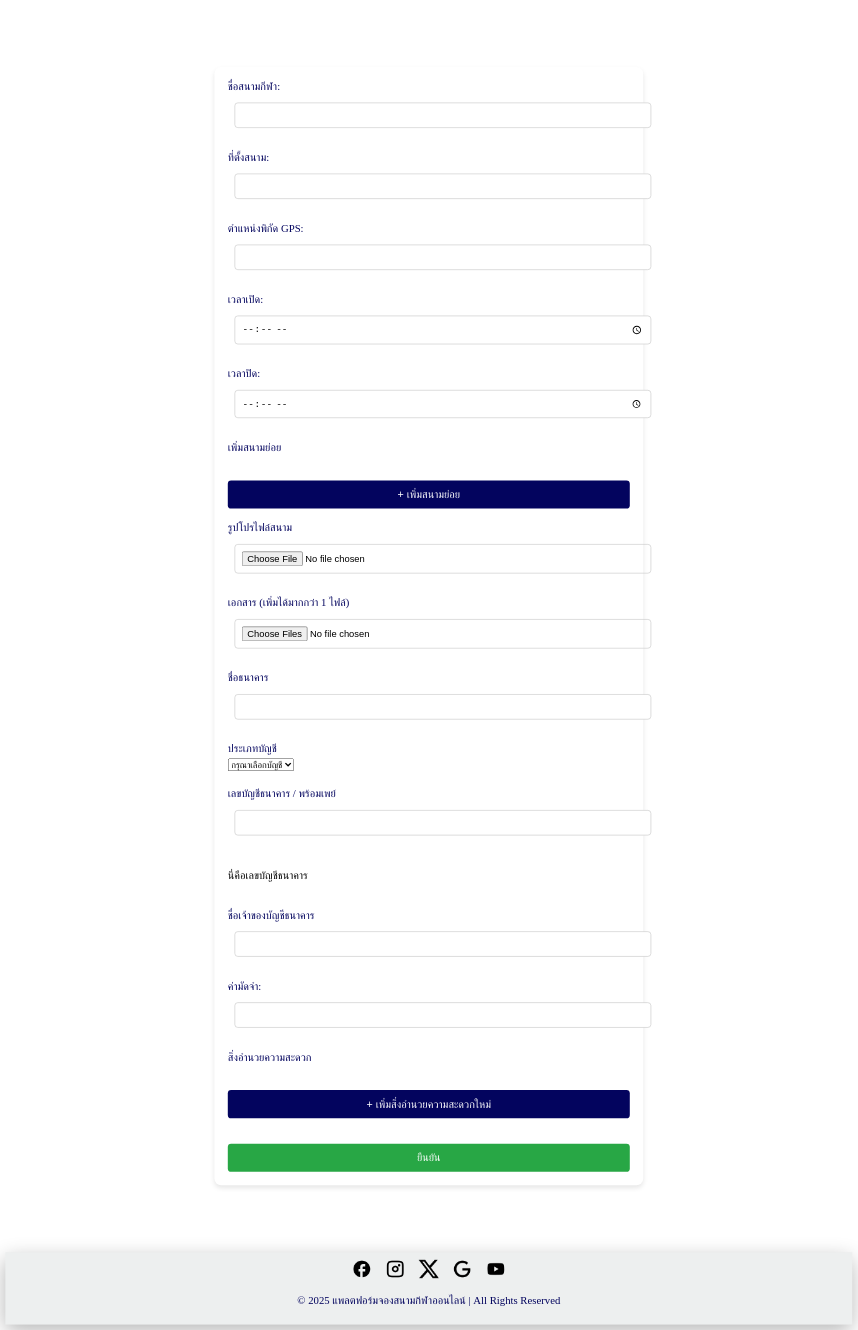
Repository: narawit101/project2
Page: /register-field (app in frontend/)
The author's editor kept a copy of each file at every save. The page is drawn from the files as they stood at one save, then again after the next save.
The browser window is 1280 px wide. The pictures show the whole page, at 67% of full size.
The page's requests for data from a server got no answer. The project was rebuilt for these pictures with package versions that can differ from the ones it lists, and the page was loaded fresh each time. The framework's server and built-in components were replaced by stand-ins that run in the browser. No one was signed in, and anything a server would have sent is missing. Also part of the build but not shown: frontend/next.config.js, frontend/next.config.mjs, frontend/src/app/globals.css.

Above is the page before, as saved 2025-03-19 11:49:18.

### frontend/src/app/layout.jsx
import { Kanit } from "next/font/google";
import "./globals.css";
import  Footer from "./components/Footer"

const kanitFont = Kanit({
  variable: "--font-kanit",
  subsets: ["latin", "thai"],
  weight: ["300", "400", "600"],
});

export const metadata = {
  title: "แพลตฟอร์มจองสนามกีฬาออนไลน์",
  description: "Generated by create next app",
  icons: {
    icon:"./favicon.ico"
  }
};

export default function RootLayout({ children }) {
  return (
    <html lang="en">
      <body className={`${kanitFont.variable} antialiased`}>{children}
      <Footer></Footer>
      </body>

    </html>
  );
}

### frontend/src/app/(shared)/register-field/page.jsx
import React from "react";
import RegisterFieldForm from "@/app/components/RegisterFieldForm";

export default function RegisterFieldPage() {
  return (
    <>
    <RegisterFieldForm></RegisterFieldForm>

    </>
  );
}

### frontend/src/app/components/Footer.jsx
import React from "react";
import "../css/footer.css";

export default function Footer() {
  return (
    <div>
      <footer className="footer">
        <div className="social-icons">
          <a href="#">
            <img src="img/fblogo.png" alt="Facebook" />
          </a>
          <a href="#">
            <img src="img/iglogo.png" alt="Instagram" />
          </a>
          <a href="#">
            <img src="img/xlogo.png" alt="Twitter" />
          </a>
          <a href="#">
            <img src="img/gglogo.png" alt="Google" />
          </a>
          <a href="#">
            <img src="img/ytlogo.png" alt="YouTube" />
          </a>
        </div>

        <p className="copyright">
          &copy; 2025 แพลตฟอร์มจองสนามกีฬาออนไลน์ | All Rights Reserved
        </p>
      </footer>
    </div>
  );
}

### frontend/src/app/components/RegisterFieldForm.jsx
"use client";
import React, { useState, useEffect } from "react";
import "../css/registerFieldForm.css";

export default function RegisterFieldForm() {
  const API_URL = process.env.NEXT_PUBLIC_API_URL;

  const [sports, setSports] = useState([]);
  const [facilities, setFacilities] = useState([]);
  const [selectedFacilities, setSelectedFacilities] = useState({});
  const [subFields, setSubFields] = useState([]);
  const [addOns, setAddons] = useState([]);
  const [newFacility, setNewFacility] = useState("");
  const [showNewFacilityInput, setShowNewFacilityInput] = useState(false);
  const [message, setMessage] = useState("");

  const [fieldData, setFieldData] = useState({
    field_name: "",
    address: "",
    gps_location: "",
    documents: null,
    open_hours: "",
    close_hours: "",
    img_field: null,
    preview_img: null,
    number_bank: "",
    account_holder: "",
    price_deposit: "",
    name_bank: "",
    selectedSport: "",
  });

  //  โหลดประเภทกีฬา
  useEffect(() => {
    fetch(`${API_URL}/sports_types`)
      .then((res) => res.json())
      .then((data) => setSports(data))
      .catch((error) => console.error("Error fetching sports:", error));
  }, []);

  //  โหลดสิ่งอำนวยความสะดวก
  useEffect(() => {
    fetch(`${API_URL}/facilities`)
      .then((res) => res.json())
      .then((data) => setFacilities(data))
      .catch((error) => console.error("Error fetching facilities:", error));
  }, []);

  //  อัปเดตค่าช่องกรอกข้อมูลสนาม
  const handleFieldChange = (e) => {
    setFieldData({ ...fieldData, [e.target.name]: e.target.value });
  };

  //  ฟังก์ชันเลือก Checkbox สิ่งอำนวยความสะดวก
  const handleFacilityChange = (facId) => {
    setSelectedFacilities((prev) => {
      const updatedFacilities = { ...prev };
      if (updatedFacilities[facId] !== undefined) {
        delete updatedFacilities[facId];
      } else {
        updatedFacilities[facId] = "";
      }
      return updatedFacilities;
    });
  };

  //  ฟังก์ชันอัปเดตราคาสิ่งอำนวยความสะดวก
  const handleFacilityPriceChange = (facId, price) => {
    setSelectedFacilities((prev) => ({
      ...prev,
      [facId]: price,
    }));
  };

  //  ฟังก์ชันเพิ่มสิ่งอำนวยความสะดวกใหม่
  const addNewFacility = async () => {
    if (!newFacility.trim()) return;

    const res = await fetch(`${API_URL}/facilities/add`, {
      method: "POST",
      headers: { "Content-Type": "application/json" },
      body: JSON.stringify({ fac_name: newFacility }),
    });

    const data = await res.json();
    if (data.error) {
      console.error("Error:", data.error);
      return;
    }

    setFacilities([...facilities, data]);
    setNewFacility("");
    setShowNewFacilityInput(false);
  };

  //  เพิ่มสนามย่อย (มี addOns ในตัวเอง)
  const addSubField = () => {
    //  ดึง user_id จาก localStorage
    const storedUser = localStorage.getItem("user");
    const userData = storedUser ? JSON.parse(storedUser) : null;
    const userId = userData ? userData.user_id : null; // ดึง user_id

    setSubFields([
      ...subFields,
      { name: "", price: "", sport_id: "", user_id: userId, addOns: [] },
    ]);
  };

  //  ลบสนามย่อย (รวมถึง Add-ons ที่อยู่ภายใน)
  const removeSubField = (index) => {
    setSubFields(subFields.filter((_, i) => i !== index));
  };

  //  อัปเดตข้อมูลสนามย่อย
  const updateSubField = (index, key, value) => {
    const updatedSubFields = [...subFields];
    updatedSubFields[index][key] = value;
    setSubFields(updatedSubFields);
  };

  const addAddOn = (subIndex) => {
    const updatedSubFields = [...subFields];
    updatedSubFields[subIndex].addOns.push({ content: "", price: "" });
    setSubFields(updatedSubFields);
  };

  //  อัปเดตค่า Add-on
  const updateAddOn = (subIndex, addOnIndex, key, value) => {
    const updatedSubFields = [...subFields];
    updatedSubFields[subIndex].addOns[addOnIndex][key] = value;
    setSubFields(updatedSubFields);
  };

  // ลบ Add-on
  const removeAddOn = (subIndex, addOnIndex) => {
    const updatedSubFields = [...subFields];
    updatedSubFields[subIndex].addOns.splice(addOnIndex, 1);
    setSubFields(updatedSubFields);
  };

  // ฟังก์ชันจัดการอัปโหลดรูป และแสดงตัวอย่าง
  const handleimgChange = (e) => {
    const file = e.target.files[0]; // ดึงไฟล์รูปจาก input
    if (file) {
      setFieldData({
        ...fieldData,
        img_field: file,
        imgPreview: URL.createObjectURL(file), // สร้าง URL เพื่อแสดงรูป
      });
    }
  };

  const handleSubmit = async (e) => {
    e.preventDefault();

    const storedUser = localStorage.getItem("user");
    if (!storedUser) {
      alert(" กรุณาเข้าสู่ระบบก่อน!");
      return;
    }

    const userData = JSON.parse(storedUser);
    const userId = userData.user_id; //  ดึง user_id ตอน Submit

    const formData = new FormData();
    formData.append("documents", fieldData.documents);
    formData.append("img_field", fieldData.img_field); //  เพิ่มการส่งรูปภาพ
    formData.append(
      "data",
      JSON.stringify({
        user_id: userId,
        field_name: fieldData.field_name,
        address: fieldData.address,
        gps_location: fieldData.gps_location,
        open_hours: fieldData.open_hours,
        close_hours: fieldData.close_hours,
        number_bank: fieldData.number_bank,
        account_holder: fieldData.account_holder,
        price_deposit: fieldData.price_deposit,
        name_bank: fieldData.name_bank,
        status: fieldData.status || "รอตรวจสอบ", //  เพิ่มค่า Status
        selectedFacilities,
        subFields: subFields,
      })
    );

    try {
      const res = await fetch(`${API_URL}/field/register`, {
        method: "POST",
        body: formData,
      });

      const data = await res.json();
      if (data.error) {
        console.error(" Error:", data.error);
        alert("เกิดข้อผิดพลาด: " + data.error);
        return;
      }

      alert("ลงทะเบียนสนามเรียบร้อย!");
    } catch (error) {
      console.error(" Fetch Error:", error);
      alert("เกิดข้อผิดพลาดในการส่งข้อมูล");
    }
  };

  return (
    <div className="contianer">
      <form onSubmit={handleSubmit} encType="multipart/form-data">
        <div className="input-group">
          {" "}
          <label>ชื่อสนามกีฬา:</label>
          <input
            type="text"
            name="field_name"
            value={fieldData.field_name}
            onChange={handleFieldChange}
          />
        </div>
        <div className="input-group">
          <label>ที่ตั้งสนาม:</label>
          <input
            type="text"
            name="address"
            value={fieldData.address}
            onChange={handleFieldChange}
          />
        </div>
        <div className="input-group">
          <label>ตำแหน่งพิกัด GPS:</label>
          <input
            type="text"
            name="gps_location"
            value={fieldData.gps_location}
            onChange={handleFieldChange}
          />
        </div>
        <div className="input-group">
          <label>เวลาเปิด:</label>
          <input
            type="time"
            name="open_hours"
            value={fieldData.open_hours}
            onChange={handleFieldChange}
          />
        </div>
        <div className="input-group">
          <label>เวลาปิด:</label>
          <input
            type="time"
            name="close_hours"
            value={fieldData.close_hours}
            onChange={handleFieldChange}
          />
        </div>
        <div className="input-group">
          <label>เพิ่มสนามย่อย</label>
        </div>
        {subFields.map((sub, subIndex) => (
          <div key={subIndex}>
            {/* ✅ Input กรอกชื่อสนามย่อย */}
            <div className="input-group">
              <input
                type="text"
                placeholder="ชื่อสนามย่อย (เช่น สนาม 1,2)"
                value={sub.name}
                onChange={(e) =>
                  updateSubField(subIndex, "name", e.target.value)
                }
              />
            </div>
            {/* ✅ Input กรอกราคา */}
            <div className="input-group">
              <input
                type="number"
                placeholder="ราคา/ชั่วโมง"
                value={sub.price}
                onChange={(e) => {
                  const value = Math.abs(e.target.value);
                  updateSubField(subIndex, "price", value);
                }}
              />
            </div>

            {/* ✅ Dropdown เลือกประเภทกีฬา */}
            <div className="input-group">
              <select
                value={sub.sport_id}
                onChange={(e) =>
                  updateSubField(subIndex, "sport_id", e.target.value)
                }
              >
                <option value="">เลือกประเภทกีฬา</option>
                {sports.map((sport) => (
                  <option key={sport.sport_id} value={sport.sport_id}>
                    {sport.sport_name}
                  </option>
                ))}
              </select>
            </div>

            {/* ✅ ปุ่มเพิ่มกิจกรรมเพิ่มเติม (เฉพาะสนามนี้) */}
            <button
              className="addbtn"
              type="button"
              onClick={() => addAddOn(subIndex)}
            >
              เพิ่มกิจกรรมเพิ่มเติม
            </button>

            {/* ✅ ปุ่มลบสนามย่อย */}
            <button
              className="delbtn"
              type="button"
              onClick={() => removeSubField(subIndex)}
            >
              ลบสนามย่อย
            </button>

            {/* ✅ แสดงรายการกิจกรรมเพิ่มเติมที่อยู่ในสนามนี้ */}
            {sub.addOns.map((addon, addOnIndex) => (
              <div
                key={addOnIndex}
                style={{ marginLeft: "20px", marginTop: "5px" }}
              >
                {/* ✅ Input กรอกชื่อกิจกรรม */}
                <div className="input-group">
                  <input
                    type="text"
                    placeholder="ชื่อกิจกรรม เช่น (เช่าสนามเพื่อทำคอนเท้น)"
                    value={addon.content}
                    onChange={(e) =>
                      updateAddOn(
                        subIndex,
                        addOnIndex,
                        "content",
                        e.target.value
                      )
                    }
                  />
                </div>
                {/* ✅ Input กรอกราคา */}
                <div className="input-group">
                  <input
                    type="number"
                    placeholder="ราคา/ชั่วโมง"
                    value={addon.price}
                    onChange={(e) => {
                      const value = Math.abs(e.target.value); // แปลงค่าให้เป็นค่าบวก
                      updateAddOn(subIndex, addOnIndex, "price", value);
                    }}
                  />
                </div>

                {/* ✅ ปุ่มลบกิจกรรมเพิ่มเติม */}
                <button
                  className="delevn"
                  type="button"
                  onClick={() => removeAddOn(subIndex, addOnIndex)}
                >
                  ลบกิจกรรมเพิ่มเติม
                </button>
              </div>
            ))}
          </div>
        ))}

        {/* ✅ ปุ่มเพิ่มสนามย่อย */}

        <button className="addsubfield" type="button" onClick={addSubField}>
          + เพิ่มสนามย่อย
        </button>
        <div className="input-group">
          <label htmlFor="img_field">รูปโปรไฟล์สนาม</label>

          <input type="file" onChange={handleimgChange} accept="image/*" />
        </div>
        {/* ✅ แสดงรูปตัวอย่างถ้ามีการอัปโหลด */}
        {fieldData.imgPreview && (
          <div className="preview-container">
            <p>ตัวอย่างรูป:</p>
            <img src={fieldData.imgPreview} alt="Preview" />
          </div>
        )}

        <div className="input-group">
          <label htmlFor="documents">เอกสาร (เพิ่มได้มากกว่า 1 ไฟล์) </label>
          <input
            type="file"
            onChange={(e) => {
              // แปลงไฟล์ที่เลือกเป็นอาร์เรย์เพื่อให้รองรับหลายไฟล์
              setFieldData({ ...fieldData, documents: e.target.files });
            }}
            multiple // เพิ่ม attribute นี้เพื่อให้เลือกหลายไฟล์
          />
        </div>
        {/* {fieldData.documents && fieldData.documents.length > 0 && (
          <div>
            <p>ไฟล์ที่เลือก:</p>
            <ul>
              {Array.from(fieldData.documents).map((file, index) => (
                <li key={index}>{file.name}</li>
              ))}
            </ul>
          </div>
        )} */}

        <div className="input-group">
          <label htmlFor="bank">ชื่อธนาคาร</label>
          <input
            type="text"
            name="name_bank"
            value={fieldData.name_bank}
            onChange={handleFieldChange}
          />
        </div>
        <div className="input-group">
          <label htmlFor="bank">ประเภทบัญชี</label>
          <select
            name="name_bank"
            value={fieldData.name_bank}
            onChange={handleFieldChange}
          >
            <option value="">กรุณาเลือกบัญชี</option>
            <option value="ธนาคาร">ธนาคาร</option>
            <option value="พร้อมเพย์">พร้อมเพย์</option>
          </select>
        </div>

        <div className="input-group">
          <label htmlFor="bank">เลขบัญชีธนาคาร / พร้อมเพย์</label>
          <input
            type="number"
            name="number_bank"
            value={fieldData.number_bank}
            onChange={(e) => {
              const value = e.target.value;
              const isPromptPay = fieldData.name_bank === "พร้อมเพย์";

              // ✅ อนุญาตเฉพาะตัวเลข
              if (/^\d*$/.test(value)) {
                // ✅ ตรวจสอบจำนวนหลัก
                if (
                  (isPromptPay && value.length <= 13) || // พร้อมเพย์ 10 หรือ 13 หลัก
                  (!isPromptPay && value.length <= 12) // ธนาคาร 12 หลัก
                ) {
                  setFieldData({ ...fieldData, number_bank: value });
                }
              }
            }}
            onBlur={() => {
              const isPromptPay = fieldData.name_bank === "พร้อมเพย์";
              const length = fieldData.number_bank.length;

              // ✅ ตรวจสอบความถูกต้องของเลขที่กรอก
              if (
                (!isPromptPay && length !== 12) || // ถ้าเป็นบัญชีธนาคารต้อง 12 หลัก
                (isPromptPay && length !== 10 && length !== 13) // ถ้าเป็นพร้อมเพย์ต้อง 10 หรือ 13 หลัก
              ) {
                setMessage("เลขที่กรอกไม่ถูกต้อง กรุณากรอกให้ตรงกับเงื่อนไข");
                setFieldData({ ...fieldData, number_bank: "" }); // เคลียร์ค่า
              }
            }}
            maxLength={13} // ✅ จำกัดสูงสุดที่ 13 หลัก
          />
        </div>

        <div className="input-group">
          <p>
            {fieldData.name_bank === "พร้อมเพย์"
              ? "นี่คือหมายเลขพร้อมเพย์"
              : "นี่คือเลขบัญชีธนาคาร"}
          </p>
        </div>

        <div className="input-group">
          <label htmlFor="bank">ชื่อเจ้าของบัญชีธนาคาร</label>
          <input
            type="text"
            name="account_holder"
            value={fieldData.account_holder}
            onChange={handleFieldChange}
          />
        </div>
        <div className="input-group">
          <label>ค่ามัดจำ:</label>
          <input
            type="number"
            name="price_deposit"
            value={fieldData.price_deposit}
            onChange={handleFieldChange}
          />
        </div>

        <div className="input-group">
          <label>สิ่งอำนวยความสะดวก</label>
        </div>
        {facilities.map((fac) => (
          <div key={fac.fac_id} className="facility-item">
            {/* Checkbox เลือกสิ่งอำนวยความสะดวก */}
            <div className="input-group-checkbox">
              <input
                type="checkbox"
                checked={selectedFacilities[fac.fac_id] !== undefined}
                onChange={() => handleFacilityChange(fac.fac_id)}
              />
              <label>{fac.fac_name}</label>
            </div>

            {/* ป้อนราคาเมื่อเลือกสิ่งอำนวยความสะดวก */}
            {selectedFacilities[fac.fac_id] !== undefined && (
              <div className="input-group-checkbox">
                <input
                  type="number"
                  placeholder="กำหนดราคา"
                  value={selectedFacilities[fac.fac_id]}
                  onChange={(e) =>
                    handleFacilityPriceChange(fac.fac_id, e.target.value)
                  }
                />
              </div>
            )}
          </div>
        ))}
        {!showNewFacilityInput ? (
          <button
            className="addfac"
            type="button"
            onClick={() => setShowNewFacilityInput(true)}
          >
            + เพิ่มสิ่งอำนวยความสะดวกใหม่
          </button>
        ) : (
          <div>
            <input
              type="text"
              placeholder="ชื่อสิ่งอำนวยความสะดวก"
              value={newFacility}
              onChange={(e) => setNewFacility(e.target.value)}
            />
            <button className="savebtn" type="button" onClick={addNewFacility}>
              บันทึก
            </button>
            <button
              className="canbtn"
              type="button"
              onClick={() => setShowNewFacilityInput(false)}
            >
              ยกเลิก
            </button>
          </div>
        )}

        <br />
        <button className="submitbtn" type="submit">
          ยืนยัน
        </button>
      </form>
    </div>
  );
}

### frontend/src/app/css/footer.css
:root {
  --text-color: #03045e;
}
.footer {
  background: #edefef;
  padding: 10px 0;
  text-align: center;
  color: var(--text-color);
  position: relative;
  box-shadow: 0px 10px 30px rgba(0, 0, 0, 0.3);
}

.social-icons {
  display: flex;
  justify-content: center;
  gap: 20px;
  margin-bottom: 20px;
}

.social-icons a img {
  width: 30px;
  height: 30px;
  transition: transform 0.3s ease-in-out;
}

.social-icons a:hover img {
  transform: scale(1.1);
  filter: brightness(1.2);
}

.copyright {
  font-size: 16px;
}

Loaded but not shown: frontend/tailwind.config.mjs (17 lines, source omitted); frontend/src/app/css/registerFieldForm.css (142 lines, source omitted)

After the next save:
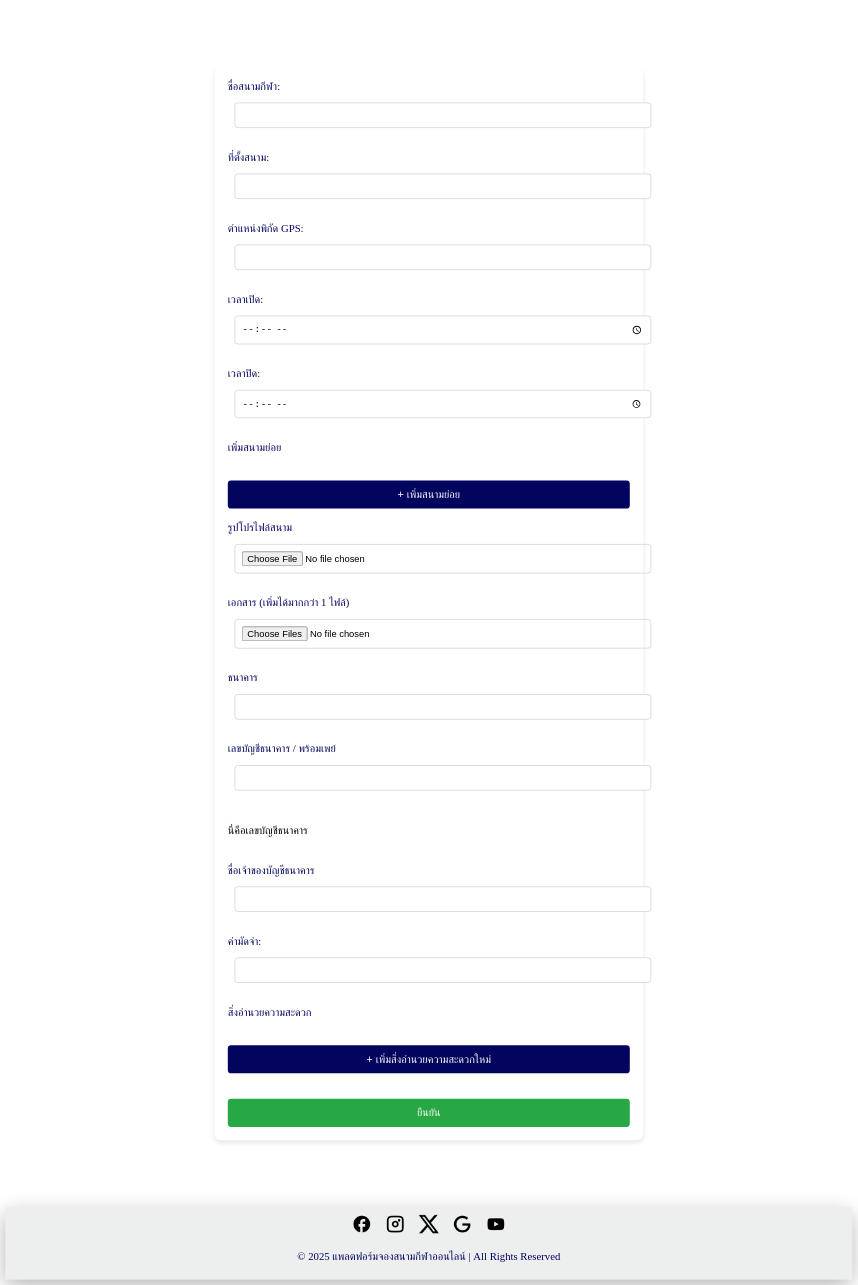
Saved 68 s later.
--- a/frontend/src/app/components/RegisterFieldForm.jsx
+++ b/frontend/src/app/components/RegisterFieldForm.jsx
@@ -406,7 +406,7 @@ export default function RegisterFieldForm() {
         )} */}
 
         <div className="input-group">
-          <label htmlFor="bank">ชื่อธนาคาร</label>
+          <label htmlFor="bank">ธนาคาร</label>
           <input
             type="text"
             name="name_bank"
@@ -414,19 +414,6 @@ export default function RegisterFieldForm() {
             onChange={handleFieldChange}
           />
         </div>
-        <div className="input-group">
-          <label htmlFor="bank">ประเภทบัญชี</label>
-          <select
-            name="name_bank"
-            value={fieldData.name_bank}
-            onChange={handleFieldChange}
-          >
-            <option value="">กรุณาเลือกบัญชี</option>
-            <option value="ธนาคาร">ธนาคาร</option>
-            <option value="พร้อมเพย์">พร้อมเพย์</option>
-          </select>
-        </div>
-
         <div className="input-group">
           <label htmlFor="bank">เลขบัญชีธนาคาร / พร้อมเพย์</label>
           <input
@@ -435,17 +422,10 @@ export default function RegisterFieldForm() {
             value={fieldData.number_bank}
             onChange={(e) => {
               const value = e.target.value;
-              const isPromptPay = fieldData.name_bank === "พร้อมเพย์";
 
               // ✅ อนุญาตเฉพาะตัวเลข
               if (/^\d*$/.test(value)) {
-                // ✅ ตรวจสอบจำนวนหลัก
-                if (
-                  (isPromptPay && value.length <= 13) || // พร้อมเพย์ 10 หรือ 13 หลัก
-                  (!isPromptPay && value.length <= 12) // ธนาคาร 12 หลัก
-                ) {
-                  setFieldData({ ...fieldData, number_bank: value });
-                }
+                setFieldData({ ...fieldData, number_bank: value });
               }
             }}
             onBlur={() => {
@@ -454,25 +434,24 @@ export default function RegisterFieldForm() {
 
               // ✅ ตรวจสอบความถูกต้องของเลขที่กรอก
               if (
-                (!isPromptPay && length !== 12) || // ถ้าเป็นบัญชีธนาคารต้อง 12 หลัก
-                (isPromptPay && length !== 10 && length !== 13) // ถ้าเป็นพร้อมเพย์ต้อง 10 หรือ 13 หลัก
+                (!isPromptPay && length !== 12) || // ✅ ถ้าเป็นบัญชีธนาคารต้อง 13 หลัก
+                (isPromptPay && length !== 10 && length !== 13) // ✅ ถ้าเป็นพร้อมเพย์ต้อง 10 หรือ 13 หลัก
               ) {
-                setMessage("เลขที่กรอกไม่ถูกต้อง กรุณากรอกให้ตรงกับเงื่อนไข");
-                setFieldData({ ...fieldData, number_bank: "" }); // เคลียร์ค่า
+                alert("เลขที่กรอกไม่ถูกต้อง กรุณากรอกให้ตรงกับเงื่อนไข");
+                setFieldData({ ...fieldData, number_bank: "" }); // ❌ เคลียร์ค่า
               }
             }}
             maxLength={13} // ✅ จำกัดสูงสุดที่ 13 หลัก
           />
         </div>
-
         <div className="input-group">
           <p>
+            {" "}
             {fieldData.name_bank === "พร้อมเพย์"
               ? "นี่คือหมายเลขพร้อมเพย์"
               : "นี่คือเลขบัญชีธนาคาร"}
           </p>
         </div>
-
         <div className="input-group">
           <label htmlFor="bank">ชื่อเจ้าของบัญชีธนาคาร</label>
           <input
